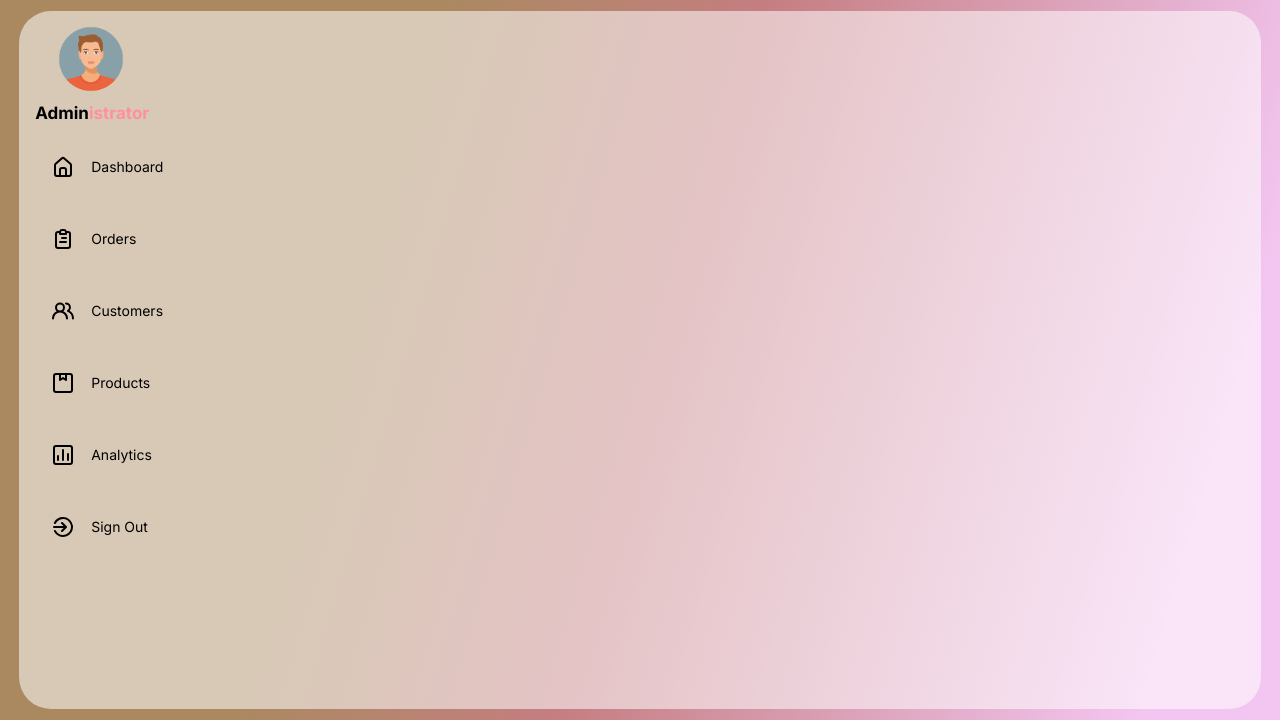
Repository: Zeeohn/react-admin-dash1
Page: /
These files come from the project's save history. The page is drawn as it stood at one moment and after the next save; the edit follows.
The browser window is 1280 px wide. The pictures show the whole page.
The project was rebuilt for these pictures with package versions that can differ from the ones it lists, and the page was loaded fresh each time.

Above is the page before, as saved 2022-05-20 12:54:55.

### public/index.html
<!DOCTYPE html>
<html lang="en">
  <head>
    <meta charset="utf-8" />
    <meta name="viewport" content="width=device-width, initial-scale=1" />
    <meta name="theme-color" content="#000000" />
    <meta
      name="description"
      content="Web site created using create-react-app"
    />
    <link rel="preconnect" href="https://fonts.googleapis.com" />
    <link rel="preconnect" href="https://fonts.gstatic.com" crossorigin />
    <link
      href="https://fonts.googleapis.com/css2?family=Inter:wght@400;500;700&family=Poppins:ital,wght@0,100;0,200;0,300;0,400;0,500;0,600;0,700;0,800;0,900;1,100;1,200;1,300;1,400;1,500;1,600;1,700;1,800;1,900&display=swap"
      rel="stylesheet"
    />

    <style>
      body {
        margin: 0;
      }
    </style>
    <!--
      manifest.json provides metadata used when your web app is installed on a
      user's mobile device or desktop. See https://developers.google.com/web/fundamentals/web-app-manifest/
    -->
    <!--
      Notice the use of %PUBLIC_URL% in the tags above.
      It will be replaced with the URL of the `public` folder during the build.
      Only files inside the `public` folder can be referenced from the HTML.

      Unlike "/favicon.ico" or "favicon.ico", "%PUBLIC_URL%/favicon.ico" will
      work correctly both with client-side routing and a non-root public URL.
      Learn how to configure a non-root public URL by running `npm run build`.
    -->
    <title>React App</title>
  </head>
  <body>
    <noscript>You need to enable JavaScript to run this app.</noscript>
    <div id="root"></div>
    <!--
      This HTML file is a template.
      If you open it directly in the browser, you will see an empty page.

      You can add webfonts, meta tags, or analytics to this file.
      The build step will place the bundled scripts into the <body> tag.

      To begin the development, run `npm start` or `yarn start`.
      To create a production bundle, use `npm run build` or `yarn build`.
    -->
  </body>
</html>

### src/index.js
import React from 'react';
import ReactDOM from 'react-dom/client';
import App from './App';

const root = ReactDOM.createRoot(document.getElementById('root'));
root.render(
  <App />
)

// If you want to start measuring performance in your app, pass a function
// to log results (for example: reportWebVitals(console.log))
// or send to an analytics endpoint. Learn more: https://bit.ly/CRA-vitals

### src/App.js
import "./App.css";
import Sidebar from "./components/sidebar/Sidebar.jsx";

function App() {
  return (
    <div className="App">
      <div className="AppGlass">
        <Sidebar />
        <div></div>
        <div></div>
      </div>
    </div>
  );
}

export default App;

### src/App.css
:root {
  --yellow: linear-gradient(180deg, #f8d49a -146.42%, #fad79d -46.42%);
  --orange: #fca61f;
  --black: #242d49;
  --gray: #788097;
  --purple: linear-gradient(180deg, #bb67ff 0%, #c484f3 100%);
  --pink: #ff919d;
  --glass: rgba(255, 255, 255, 0.54);
  --boxShadow: 0px 19px 60px rgb(0 0 0 / 8%);
  --smboxShadow: -79px 51px 60px rgba(0, 0, 0, 0.08);
  --activeItem: #f799a354;
}

.App {
  background: linear-gradient(
    106.37deg,
    #aa8960 29.63%,
    #c57e81 51.55%,
    #f3c6f1 90.85%
  );
  height: 100vh;
  display: flex;
  justify-content: center;
  align-items: center;
  font-family: "Inter", sans-serif;
}

.AppGlass {
  display: grid;
  height: 97%;
  width: 97%;
  border-radius: 2rem;
  background-color: var(--glass);
  overflow: hidden;
  grid-template-columns: 11rem auto 23rem;
}

### src/components/sidebar/Sidebar.jsx
import React from "react";
import "./Sidebar.css";
import Placeholder from "../../imgs/placeholder.png";

import { SidebarData } from "../../Data/Data.js";
import { UilSignOutAlt } from "@iconscout/react-unicons";

const Sidebar = () => {
  return (
    <div className="Sidebar">
      {/*logo*/}
      <div className="logo">
        <img src={Placeholder} alt="Admin placeholder" />
        <span>
          Admin<span>istrator</span>
        </span>
      </div>
      <div className="menu">
        {SidebarData.map((item, index) => {
          return (
            <div className="menuItem">
              <item.icon />
              <span>{item.heading}</span>
            </div>
          );
        })}

        <div className="menuItem">
          <UilSignOutAlt />
          <span>Sign Out</span>
        </div>
      </div>
    </div>
  );
};

export default Sidebar;

### src/components/sidebar/Sidebar.css
.Sidebar {
  display: flex;
  flex-direction: column;
  position: relative;
  padding-top: 0.5rem;
  transition: all 300ms ease;
}

.logo {
  display: block;
  height: 4rem;
  font-weight: bold;
  font-size: 17px;
  gap: 0.1rem;
  padding-left: 1rem;
  align-items: center;
  justify-content: center;
}

.logo::after {
  content: "";
  width: 10rem;
  height: 5px;
  background: var(--pink);
}

.logo > img {
  width: 5rem;
  height: 5rem;
  padding-left: 1rem;
}

.logo > span > span {
  color: var(--pink);
}

/* Menu */

.menu {
  margin-top: 4rem;
  display: flex;
  flex-direction: column;
  gap: 2rem;
}

.menuItem {
  display: flex;
  align-items: center;
  gap: 1rem;
  height: 2.5rem;
  margin-left: 2rem;
  position: relative;
  transition: all 300ms ease;
  font-size: 14px;
  border-radius: 0.7rem;
}

.menuItem:hover {
  cursor: pointer;
}

.active {
  background: var(--activeItem);
  margin-left: 0;
}

.active::before {
  content: " ";
  width: 8px;
  height: 100%;
  background: var(--pink);
}

### src/Data/Data.js
// Sidebar imports
import {
  UilEstate,
  UilClipboardAlt,
  UilUsersAlt,
  UilPackage,
  UilChart,
} from "@iconscout/react-unicons";

export const SidebarData = [
  {
    icon: UilEstate,
    heading: "Dashboard",
  },
  {
    icon: UilClipboardAlt,
    heading: "Orders",
  },
  {
    icon: UilUsersAlt,
    heading: "Customers",
  },
  {
    icon: UilPackage,
    heading: "Products",
  },
  {
    icon: UilChart,
    heading: "Analytics",
  },
];

After the next save:
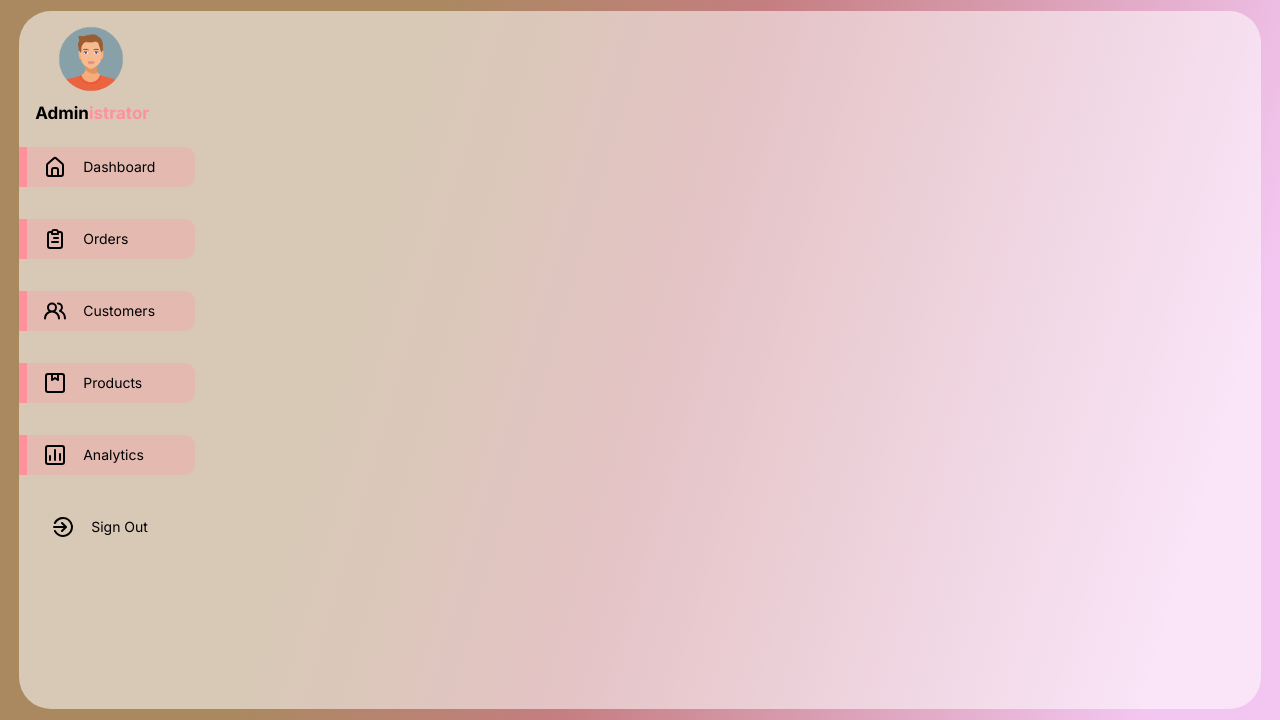
Saved 61 s later.
--- a/src/components/sidebar/Sidebar.jsx
+++ b/src/components/sidebar/Sidebar.jsx
@@ -18,7 +18,7 @@ const Sidebar = () => {
       <div className="menu">
         {SidebarData.map((item, index) => {
           return (
-            <div className="menuItem">
+            <div className="menuItem active">
               <item.icon />
               <span>{item.heading}</span>
             </div>
